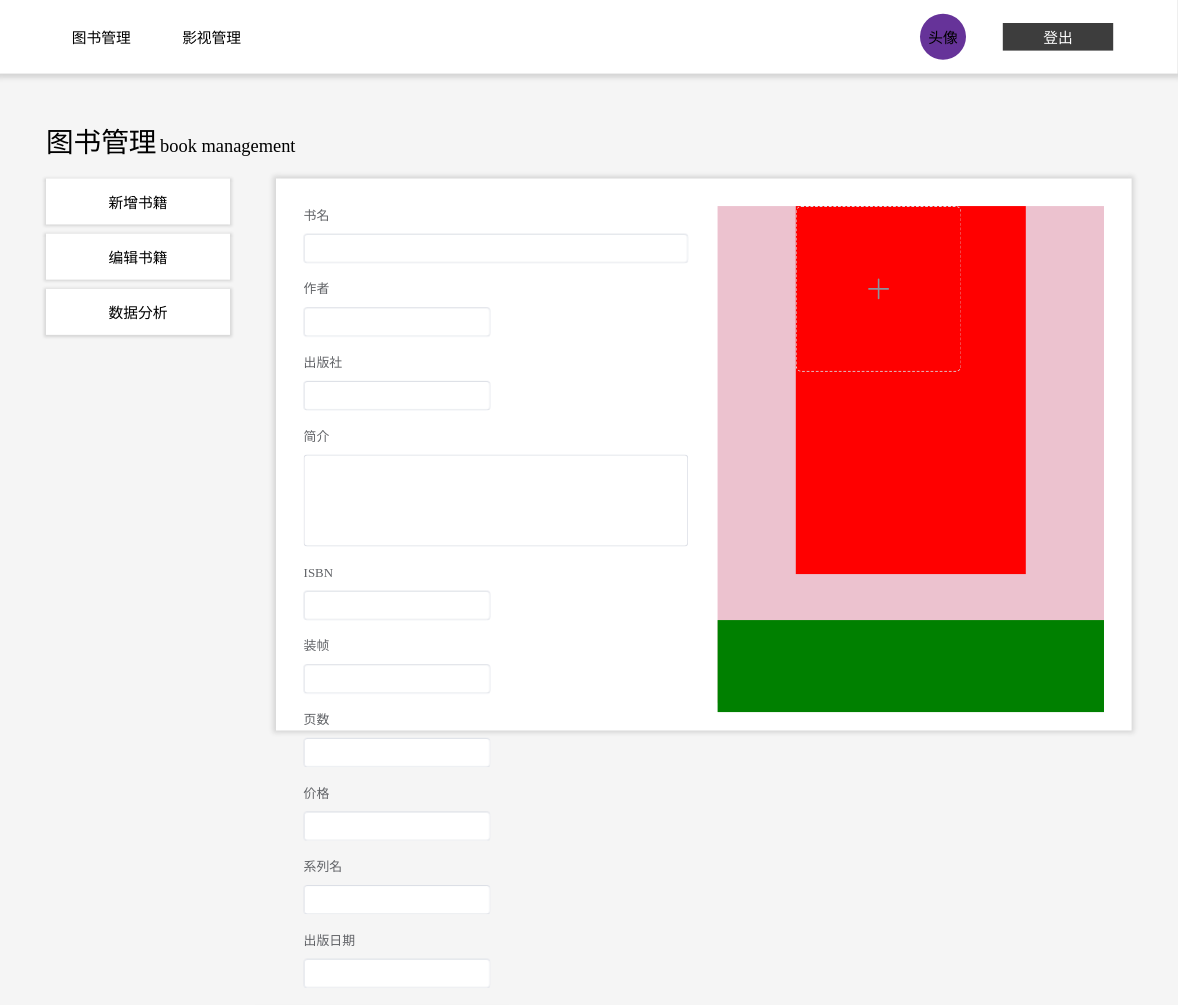
Repository: quanwangniuniu/Oasis-Reading-Platform
Page: /#/admin/books (app in Vue-frontend/)
These files come from the project's save history. The page is drawn as it stood at one moment and after the next save; the edit follows.
The browser window is 1280 px wide. The pictures show the whole page, at 92% of full size.
Some web fonts or font styles are not loaded; a fallback is used. The project was rebuilt for these pictures with package versions that can differ from the ones it lists, and the page was loaded fresh each time. Also part of the build but not shown: Vue-frontend/vite.config.js, Vue-frontend/src/components/user/books/BookCard.vue, Vue-frontend/src/components/axios/config.js, Vue-frontend/src/components/axios/api.js, Vue-frontend/src/components/user/books/Books.vue, Vue-frontend/src/components/user/movies/Favourites.vue, Vue-frontend/src/components/user/explore/Explore.vue, Vue-frontend/src/components/user/login/Login.vue and 9 more.

Above is the page before, as saved 2023-04-13 23:16:42.

### Vue-frontend/index.html
<!DOCTYPE html>
<html lang="en">
  <head>
    <meta charset="UTF-8">
    <meta name="viewport" content="width=device-width, initial-scale=1.0">
    <title>Vite App</title>
    <style>
      *{
        padding: 0px;
        margin: 0px;
      }

      body{
        background-color: rgb(245, 245, 245);
      }
    </style>
  </head>
  <body>
    <div id="app"></div>
    <script type="module" src="/src/main.js"></script>
  </body>
</html>

### Vue-frontend/src/main.js
import { createApp } from 'vue'
import ElementPlus from 'element-plus'
import 'element-plus/dist/index.css'
import App from './App.vue'
import router from './components/router/router'
import * as ElementPlusIconsVue from '@element-plus/icons-vue'
import './assets/font/font.css'
import './assets/css/element.css'

const app = createApp(App)
app.use(router)
app.use(ElementPlus)
app.mount('#app')
for (const [key, component] of Object.entries(ElementPlusIconsVue)) {
    app.component(key, component)
  }

### Vue-frontend/src/App.vue
<script setup>
import Test from './components/Test.vue';
</script>

<template>
  <div>
    <router-view></router-view>
  </div>
</template>

<style scoped>
</style>

### Vue-frontend/src/components/router/router.js
import {createRouter, createWebHashHistory} from 'vue-router'
import Books from '../user/books/Books.vue'
import Movies from '../user/movies/Favourites.vue'
import Explore from '../user/explore/Explore.vue'
import Login from '../user/login/Login.vue'
import SpecificBook from '../user/books/SpecificBook.vue'
import User from '../User.vue'
import Admin from '../Admin.vue'
import UserInfo from '../user/info/UserInfo.vue'
import BookSearch from '../user/books/BookSearch.vue'
import Transit from '../user/books/Transit.vue'
import BookManagement from '../admin/bookManagement/BookManagement.vue'
import MovieManagement from '../admin/movieManagement/MovieManagement.vue'

import {checkUser} from './utils.js'

const router = createRouter({
    history: createWebHashHistory(),
    routes:[
        {path:'/user', component: User, alias:['/'], children:[
            {path:'books', component: Books},
            {path:'search',name:'search', component: BookSearch},
            {path:'transit',name:'transit', component: Transit},
            {path:'books/:id', component: SpecificBook,beforeEnter: checkUser},
            {path:'movies', component: Movies},
            {path:'explore', component: Explore},
            {path:'login', component: Login},
            {path:'info', component: UserInfo, beforeEnter: checkUser},
        ]},
        {path:'/admin', component: Admin,children:[
            {path:'books', component: BookManagement},
            {path:'movies', component: MovieManagement}
        ]}
    ]
})

export default router

### Vue-frontend/src/assets/font/font.css

  @font-face {
    font-family: siyuansongti;
    src: url(./Source_Han_Serif_SC_Light_Light.otf);
    font-weight: normal;
    font-style: normal;
  }

### Vue-frontend/src/assets/css/element.css
.el-textarea__inner{
    resize: none;
    height: 100px;
}

### Vue-frontend/src/components/Test.vue
<template>
  <el-upload
    class="avatar-uploader"
    action="http://127.0.0.1:5000/uploadCover"
    :show-file-list="false"
    :on-success="handleAvatarSuccess"
    :before-upload="beforeAvatarUpload"
  >
    <img v-if="imageUrl" :src="imageUrl" class="avatar" />
    <el-icon v-else class="avatar-uploader-icon"><Plus /></el-icon>
  </el-upload>

  <img src="http://127.0.0.1:5000/images/1681397591940.jpg">
</template>

<script lang="ts" setup>
import { ref } from 'vue'
import { ElMessage } from 'element-plus'
import { Plus } from '@element-plus/icons-vue'

import type { UploadProps } from 'element-plus'

const imageUrl = ref('')

const handleAvatarSuccess: UploadProps['onSuccess'] = (
  response,
  uploadFile
) => {
  console.log(response)
  imageUrl.value = URL.createObjectURL(uploadFile.raw!)
}

const beforeAvatarUpload: UploadProps['beforeUpload'] = (rawFile) => {
  if (rawFile.type !== 'image/jpeg') {
    ElMessage.error('Avatar picture must be JPG format!')
    return false
  } else if (rawFile.size / 1024 / 1024 > 2) {
    ElMessage.error('Avatar picture size can not exceed 2MB!')
    return false
  }
  return true
}

</script>

<style scoped>
.avatar-uploader .avatar {
  width: 178px;
  height: 178px;
  display: block;
}
</style>

<style>
.avatar-uploader .el-upload {
  border: 1px dashed var(--el-border-color);
  border-radius: 6px;
  cursor: pointer;
  position: relative;
  overflow: hidden;
  transition: var(--el-transition-duration-fast);
}

.avatar-uploader .el-upload:hover {
  border-color: var(--el-color-primary);
}

.el-icon.avatar-uploader-icon {
  font-size: 28px;
  color: #8c939d;
  width: 178px;
  height: 178px;
  text-align: center;
}

img{
  height: 200px;
  width:200px;
}
</style>

### Vue-frontend/src/components/Admin.vue
<script setup>
import BookManagementVue from './admin/bookManagement/BookManagement.vue';
import AdminHeader from './admin/header/AdminHeader.vue';
</script>

<template>
    <AdminHeader></AdminHeader>
    <router-view></router-view>
</template>

<style scoped>
</style>

### Vue-frontend/src/components/admin/bookManagement/BookManagement.vue
<script setup lang="ts">
import LeftBar from './LeftBar.vue';
import {ref, reactive} from 'vue'
import { ElMessage } from 'element-plus'
import { Plus } from '@element-plus/icons-vue'
import type { UploadProps } from 'element-plus'

const bookItem = reactive({
  title: '',
  author: '',
  publisher: '',
  ISBN: '',
  description: '',
  publish_year: '',
  page:'',
  binding: '',
  price:'',
  seriers:' ',
  url:''
})

const imageUrl = ref('')

const handleAvatarSuccess: UploadProps['onSuccess'] = (
  response,
  uploadFile
) => {
  bookItem.url = response.url
  console.log(bookItem)
  imageUrl.value = URL.createObjectURL(uploadFile.raw!)
}

const beforeAvatarUpload: UploadProps['beforeUpload'] = (rawFile) => {
  if (rawFile.type !== 'image/jpeg') {
    ElMessage.error('Avatar picture must be JPG format!')
    return false
  } else if (rawFile.size / 1024 / 1024 > 2) {
    ElMessage.error('Avatar picture size can not exceed 2MB!')
    return false
  }
  return true
}

</script>

<template>
  <div class="top-container">
    <div class="title">
      <span>图书管理</span>&nbsp;<span>book management</span>
    </div>
  </div>
  <div class="container">
      <LeftBar></LeftBar>
      <div class="panel">
        <div class="book-form">
          <el-form
            label-position="top"
            label-width="100px"
            :model="bookItem"
            style="max-width: 460px"
            :inline="true"
          >
            <el-form-item label="书名" style="width:420px">
              <el-input v-model="bookItem.title" />
            </el-form-item>
            <el-form-item label="作者">
              <el-input v-model="bookItem.author" />
            </el-form-item>
            <el-form-item label="出版社">
              <el-input v-model="bookItem.publisher" />
            </el-form-item>
            <el-form-item label="简介" style="width:420px">
                <el-input v-model="bookItem.description" type="textarea"/>
            </el-form-item>
            <el-form-item label="ISBN">
              <el-input v-model="bookItem.ISBN" />
            </el-form-item>
            <el-form-item label="装帧">
              <el-input v-model="bookItem.binding" />
            </el-form-item>
            <el-form-item label="页数">
              <el-input v-model="bookItem.page" />
            </el-form-item>
            <el-form-item label="价格">
              <el-input v-model="bookItem.price" />
            </el-form-item>
            <el-form-item label="系列名">
              <el-input v-model="bookItem.price" />
            </el-form-item>
            <el-form-item label="出版日期">
              <el-input v-model="bookItem.price" />
            </el-form-item>
          </el-form>
        </div>

        <div class="img-upload-and-submit">
          <div class="img-container">
            <div class="img-upload">
              <el-upload
                class="avatar-uploader"
                action="http://127.0.0.1:5000/uploadCover"
                :show-file-list="false"
                :on-success="handleAvatarSuccess"
                :before-upload="beforeAvatarUpload"
              >
                <img v-if="imageUrl" :src="imageUrl" class="avatar" />
                <el-icon v-else class="avatar-uploader-icon"><Plus /></el-icon>
              </el-upload>
            </div>
          </div>
          <div class="submit">

          </div>
        </div>
      </div>
  </div>

</template>

<style scoped>
.top-container{
  margin: 50px 50px 0px 50px;
  display: flex;
  justify-content: space-between;
}

.title{
  width: 400px;
  font-family: siyuansongti;
}
.container{
  display: flex;
  margin: 20px 50px 0px 50px
}

.title span:nth-child(1){
  font-size: 30px;
}
.title span:nth-child(2){
  font-size: 20px;
}

.panel{
  box-sizing: border-box;
  flex: 1;
  height: 600px;
  background-color: white;
  box-shadow: 0 0 5px 3px rgb(214, 214, 214);
  padding: 30px;
  display: flex;
}

.book-form{
  width: 450px;
}

.img-upload-and-submit{
  flex: 1;
  background-color: rgb(249, 203, 203);
}

.img-container{
  width: 100%;
  height: 450px;
  background-color: rgb(120, 120, 241, 0.1);
}

.img-upload{
  width: 250px;
  height: 400px;
  background-color: red;
  margin: 0 auto;
}

.submit{
  height: 100px;
  width: 100%;
  background-color: green;
}
</style>

### Vue-frontend/src/components/router/utils.js
export const checkUser = (from, to, next) => {
    if(localStorage.getItem('token') === null){
        next('/login')
    }else{
        next()
    }
}

### Vue-frontend/src/components/admin/header/AdminHeader.vue
<script setup>

let logout = () =>{
    localStorage.clear('token')
    localStorage.clear('type')
}

</script>

<template>
    <div>
        <div class="container">
            <div class="left">
                <div class="nav"><router-link to="/admin/books">图书管理</router-link></div>
                <div class="nav"><router-link to="/admin/movies">影视管理</router-link></div>
            </div>

            <div class="right">
                <div class="nav avata"><router-link to="/info">头像</router-link></div>
                <div class="nav login"><router-link to="/explore" @click="logout">登出</router-link></div>
            </div>

        </div>
    </div>

</template>

<style scoped>
.container{
    height: 80px;
    background-color: white;
    /* 边框模糊效果 */
    box-shadow: 0 0 5px 5px rgb(214, 214, 214);
    /* 开启flex布局 */
    display: flex;
    /* 设置元素靠右排列 */
    justify-content: space-between;
    /* 设置元素垂直居中 */
    align-items: center;
}

.left{
    display: flex;
    /* 设置元素垂直居中 */
    align-items: center;
    padding-left: 50px;
}

.right{
    display: flex;
    /* 设置元素垂直居中 */
    align-items: center;
    padding-right: 50px;
}

.nav{
    width: 80px;
    height: 30px;
    margin-left: 20px;
    margin-right: 20px;
    /* 设置nav内部a标签水平居中 */
    text-align: center;
    /* 开启flex局部 */
    display: flex;
    /* 设置nav内部a标签垂直居中 */
    align-items: center;
}

.nav a{
    width: 80px;
    /* 清除a标签默认样式 */
    text-decoration: none;
    color: black;

}

.login{
    width: 120px;
    background-color: rgb(61, 61, 61);
}

.login a{
    width: 1200px;
    color: white;
}

.avata{
    width: 50px;
    height: 50px;
    border-radius: 50%;
    background-color: rebeccapurple;
}


</style>

### Vue-frontend/src/components/admin/bookManagement/LeftBar.vue
<script setup>

</script>

<template>
    <div class="leftbar-container">
        <div class="card">
            新增书籍
        </div>
        <div class="card">
            编辑书籍
        </div>
        <div class="card">
            数据分析
        </div>
    </div>

</template>

<style scoped>
.leftbar-container{
    width: 250px;
    height: 600px;
}

.card{
    width: 200px;
    height: 50px;
    background: white;
    /* 设置卡片阴影 */
    box-shadow: 0px 1px 3px 2px rgb(214, 214, 214);
    /* 开启flex布局 文字水平垂直居中 */
    display: flex;
    justify-content: center;
    align-items:center;
    margin-bottom: 10px;
}

.card:hover{
    transform:scale(1.1);
}
</style>

After the next save:
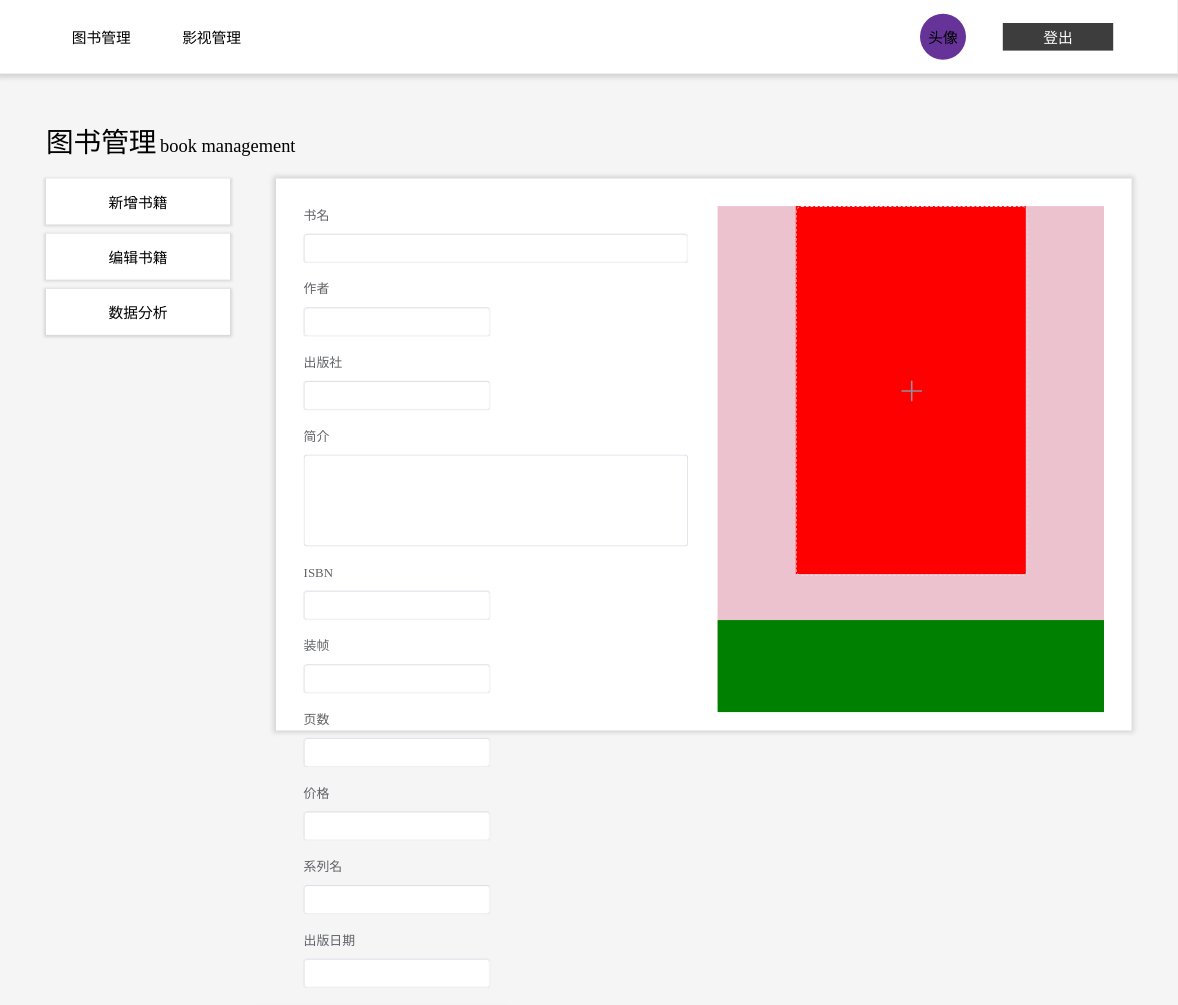
Saved 12 s later.
--- a/Vue-frontend/src/assets/css/element.css
+++ b/Vue-frontend/src/assets/css/element.css
@@ -2,3 +2,9 @@
     resize: none;
     height: 100px;
 }
+
+
+.el-upload{
+    height:400px;
+    width:250px;
+  }
